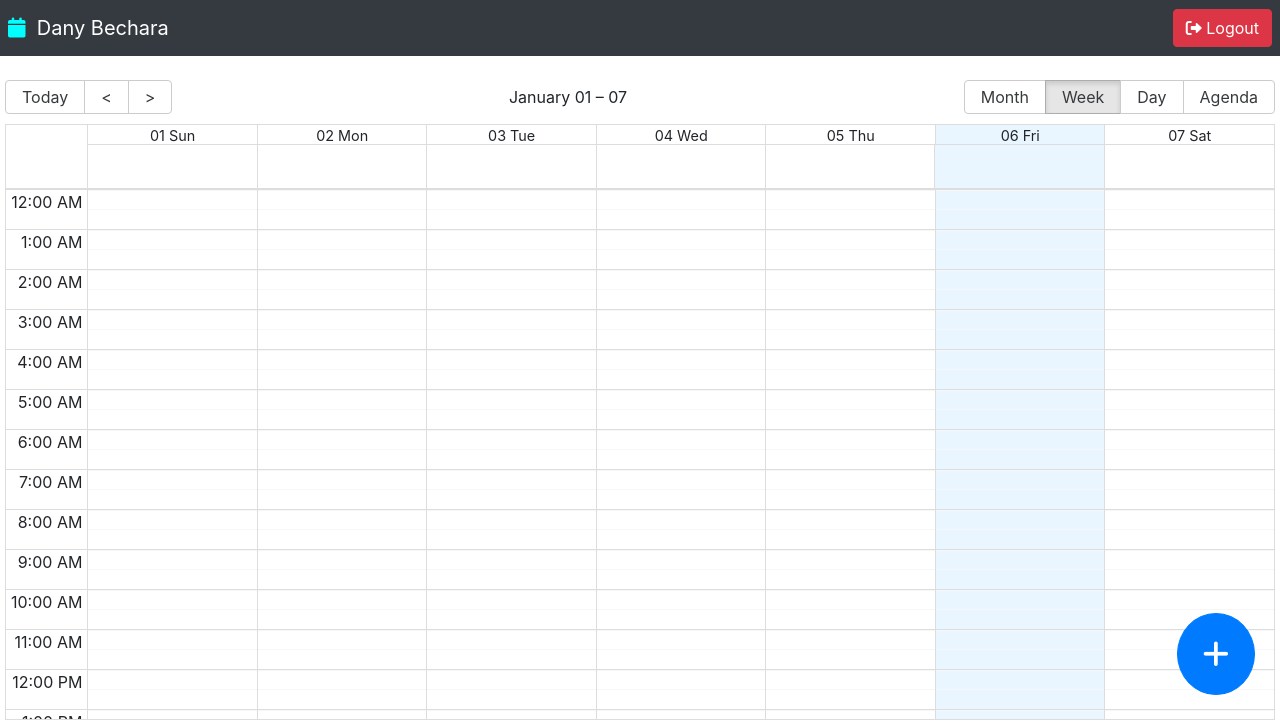
Repository: bechara611/calendar-frontend
Page: /
An editor plug-in stored every save of this project. The page is shown before and after the next save, followed by the edit.
The browser window is 1280 px wide. The pictures show the whole page.
An inner scrolling area shows only its first screen. The project was rebuilt for these pictures with package versions that can differ from the ones it lists, and the page was loaded fresh each time. Some packages were replaced by stand-ins written for this rebuild. Also part of the build but not shown: vite.config.js. Imported but missing from the stored project, and not drawn on this page: src/auth.

Above is the page before, as saved 2023-01-11 18:41:27.

After the next save:
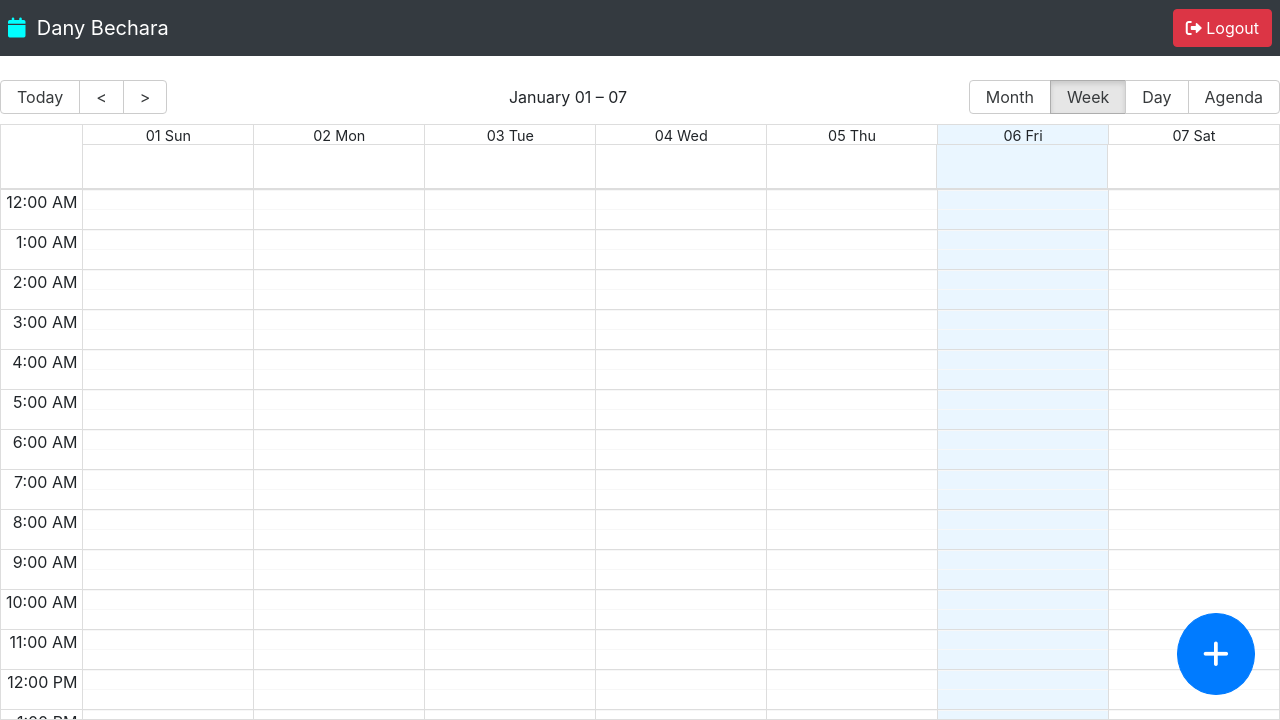
Saved 6 min 59 s later.
--- a/src/calendar/pages/CalendarPages.jsx
+++ b/src/calendar/pages/CalendarPages.jsx
@@ -53,7 +53,7 @@ const eventStyleGetter = (event, start, end, isSelected) => {
         startAccessor="start"
         endAccessor="end"
         messages={getMessages()}
-        style={{ height: 'calc( 100vh - 80px )',margin:'5px' }}
+        style={{ height: 'calc( 100vh - 80px )' }}
         eventPropGetter={eventStyleGetter}
         components={{
           event: CalendarEvent
